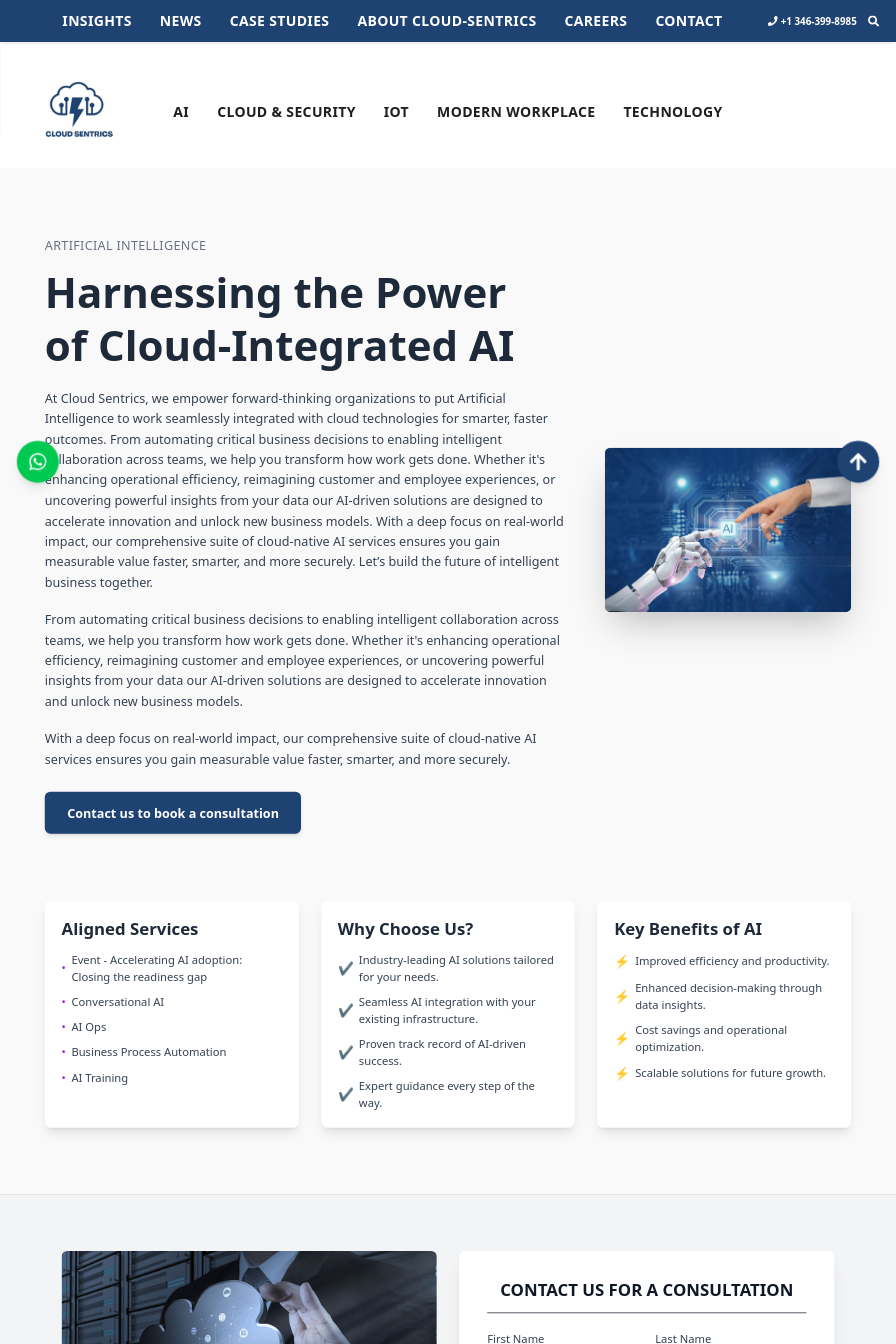
Repository: chykesure/cloudsentrics_
Page: /ai
An editor plug-in stored every save of this project. The page is shown before and after the next save, followed by the edit.
The browser window is 1280 px wide. The pictures show the part of the page from y = 0 to 1920 px (the page is 4044 px tall before and 3792 px after), at 70% of full size.
The page's requests for data from a server got no answer. The project was rebuilt for these pictures with package versions that can differ from the ones it lists, and the page was loaded fresh each time. No one was signed in, and anything a server would have sent is missing. Also part of the build but not shown: vite.config.js, src/pages/Header.jsx, src/pages/Footer.jsx, src/pages/students/Reviews.jsx, src/pages/students/Testimony.jsx, src/pages/students/TestimonyLanding.jsx, src/pages/LandingPage.jsx, src/pages/students/Header.jsx and 41 more.

Above is the page before, as saved 2025-04-09 20:11:03.

### src/index.css
@import "tailwindcss";

@keyframes zoomInOut {
    0% {
        transform: scale(1);
    }
    100% {
        transform: scale(1.1);
    }
}

.zoom-animation {
    animation: zoomInOut 5s infinite alternate ease-in-out;

}

### src/App.jsx
import { BrowserRouter as Router, Routes, Route } from "react-router-dom";
import LandingPage from "./pages/LandingPage";
import StudentPage from "./pages/students/StudentPage";
import AboutUs from "./pages/students/AboutUs/AboutUs";
import "./App.css";
import AWS from "./pages/students/courses/AWS";
import DevSecOps from "./pages/students/courses/DevSecOps";
import AZURE from "./pages/students/courses/AZURE";
import Blogs from "./pages/students/blogs/Blogs";
import EventsPage from "./pages/students/events/EventsPage";
import FloatsButtons from "./pages/FloatsButtons";
import PartnerPage from "./pages/partners/home/PartnerPage";
import Ai from "./pages/partners/menu/ai";
import CloudSecurity from "./pages/partners/menu/cloudsecurity";
import IOT from "./pages/partners/menu/iot";
import Technology from "./pages/partners/menu/technology";
import Workplace from "./pages/partners/menu/workplace";
import InsightMenu from "./pages/partners/main_menu/insight";
import NewsPage from "./pages/partners/main_menu/news";
import CaseStudy from "./pages/partners/main_menu/casestudy";
import AboutCloud from "./pages/partners/main_menu/aboutus";
import Careers from "./pages/partners/main_menu/careers";
import ContactUs from "./pages/partners/main_menu/contact";

function App() {
  return (
    <Router>
      <div className="flex flex-col min-h-screen">
        {/* Floating Buttons will always be visible */}
        <FloatsButtons />

        <div className="flex-grow pt-20"> {/* Adjust padding-top based on header height */}
          <Routes>

            {/* Student Section */}
            <Route path="/" element={<LandingPage />} />
            <Route path="/StudentPage" element={<StudentPage />} />
            <Route path="/about" element={<AboutUs />} />
            <Route path="/courses/AWS" element={<AWS />} />
            <Route path="/courses/Azure" element={<AZURE />} />
            <Route path="/courses/DevSecOps" element={<DevSecOps />} />
            <Route path="/blog" element={<Blogs />} />
            <Route path="/events" element={<EventsPage />} />

            {/* The Partner Section */}
            <Route path="/PartnerPage" element={<PartnerPage />} />
            <Route path="/ai" element={<Ai />} />
            <Route path="/cloud-security" element={<CloudSecurity />} />
            <Route path="/iot" element={<IOT />} />
            <Route path="/technology" element={<Technology />} />
            <Route path="/modern-workplace" element={<Workplace />} />
            <Route path="/insights" element={<InsightMenu />} />
            <Route path="/news" element={<NewsPage />} />
            <Route path="/case-studies" element={<CaseStudy />} />
            <Route path="/about-cloudsentrics" element={<AboutCloud />} />
            <Route path="/careers" element={<Careers />} />
            <Route path="/contact" element={<ContactUs />} />
          </Routes>
        </div>
      </div>
    </Router>
  );
}

export default App;

### src/pages/FloatsButtons.jsx
import { FaWhatsapp, FaArrowUp } from "react-icons/fa";
import { motion } from "framer-motion";

const FloatsButtons = () => {
    const scrollToTop = () => {
        window.scrollTo({ top: 0, behavior: "smooth" });
    };

    return (
        <>
            {/* Floating WhatsApp Button (Left) */}
            <motion.a
                href="https://wa.me/message/62QVNSESZ56FC1"
                target="_blank"
                rel="noopener noreferrer"
                className="fixed bottom-6 left-6 bg-green-500 text-white p-4 rounded-full shadow-lg flex items-center justify-center z-50"
                title="Chat with us on WhatsApp"
                animate={{ y: [0, -10, 0] }}
                transition={{ duration: 1.5, repeat: Infinity, repeatType: "reverse", ease: "easeInOut" }}
                whileHover={{ scale: 1.2 }}
            >
                <FaWhatsapp size={28} />
            </motion.a>

            {/* Floating Back to Top Button (Right) */}
            <motion.button
                onClick={scrollToTop}
                className="fixed bottom-6 right-6 bg-[#1e4272] text-white p-4 rounded-full shadow-lg flex items-center justify-center z-50"
                title="Back to Top"
                animate={{ y: [0, -10, 0] }}
                transition={{ duration: 1.5, repeat: Infinity, repeatType: "reverse", ease: "easeInOut" }}
                whileHover={{ scale: 1.2 }}
            >
                <FaArrowUp size={28} />
            </motion.button>
        </>
    );
};

export default FloatsButtons;

### src/pages/partners/menu/ai.jsx
import React from "react";
import Header from "../Header";
import { motion } from "framer-motion";
import { Link } from "react-router-dom";
import FormsPage from "./forms";
import RelatedServices from "./services";
import Footer from "../home/Footer";

const logo = "/assets/logo.jpg";
const aibg = "/assets/ai.jpg";

const Ai = () => {
    return (
        <div className="min-h-screen bg-[#0d1b2a] text-white">
            {/* Header Section */}
            <div className="flex justify-center px-6 md:px-12 py-6 bg-white shadow-lg w-full h-28 md:h-32 lg:h-40">
                <div className="flex items-center justify-between w-full max-w-[1200px] mx-auto h-full">

                    {/* Left: Logo and Branding - Fully Left-Aligned */}
                    <div className="absolute left-0 flex items-center w-auto h-full">
                        <Link to="/PartnerPage">
                            <img
                                src={logo}
                                alt="Cloudsentrics Logo"
                                className="h-20 md:h-28 lg:h-34 w-auto ml-9 transition-all duration-300"
                            />
                        </Link>
                    </div>

                    {/* Right: Navigation Menu - Centered */}
                    <motion.div
                        className="hidden md:flex flex-grow justify-center items-center space-x-6 lg:space-x-10 text-lg md:text-xl font-bold text-[#1e1e1e] tracking-wide h-full"
                        initial={{ opacity: 0, y: -10 }}
                        animate={{ opacity: 1, y: 0 }}
                        transition={{ duration: 0.6, ease: "easeOut" }}
                    >
                        {[
                            { label: "AI", path: "/ai" },
                            { label: "CLOUD & SECURITY", path: "/cloud-security" },
                            { label: "IOT", path: "/iot" },
                            { label: "MODERN WORKPLACE", path: "/modern-workplace" },
                            { label: "TECHNOLOGY", path: "/technology" }
                        ].map((item, index) => (
                            <Link key={index} to={item.path}>
                                <motion.span
                                    className="cursor-pointer transition-all duration-300 hover:text-blue-600 hover:scale-105 whitespace-nowrap"
                                    whileHover={{ scale: 1.1 }}
                                >
                                    {item.label}
                                </motion.span>
                            </Link>
                        ))}
                    </motion.div>

                </div>
            </div>



            <Header />

            {/* AI Section */}
            <section className="bg-[#f9f9f9] px-6 md:px-16 py-16 lg:py-24 grid grid-cols-1 lg:grid-cols-3 gap-12">
                {/* Left Text Content */}
                <div className="lg:col-span-2 animate__animated animate__fadeIn flex-shrink-0 space-y-6">
                    {/* Heading Section */}
                    <div className="text-center lg:text-left">
                        <h3 className="text-lg font-medium text-gray-500 uppercase tracking-wide">Artificial Intelligence</h3>
                        <h1 className="text-4xl md:text-5xl lg:text-6xl font-bold leading-tight mt-4 text-gray-800">
                            Harnessing the Power <br />  of Cloud-Integrated AI
                        </h1>
                    </div>

                    {/* Paragraph Content */}
                    <p className="text-lg text-gray-700 mt-6 leading-relaxed">
                        At Cloud Sentrics, we empower forward-thinking organizations to put Artificial Intelligence to work seamlessly integrated with cloud technologies for smarter, faster outcomes.

                        From automating critical business decisions to enabling intelligent collaboration across teams, we help you transform how work gets done. Whether it's enhancing operational efficiency, reimagining customer and employee experiences, or uncovering powerful insights from your data our AI-driven solutions are designed to accelerate innovation and unlock new business models.

                        With a deep focus on real-world impact, our comprehensive suite of cloud-native AI services ensures you gain measurable value faster, smarter, and more securely.

                        Let’s build the future of intelligent business together.
                    </p>
                    <p className="text-lg text-gray-700 mt-6 leading-relaxed">
                        From automating critical business decisions to enabling intelligent collaboration across teams, we help you transform how work gets done. Whether it's enhancing operational efficiency, reimagining customer and employee experiences, or uncovering powerful insights from your data our AI-driven solutions are designed to accelerate innovation and unlock new business models.
                    </p>
                    <p className="text-lg text-gray-700 mt-6 leading-relaxed">
                        With a deep focus on real-world impact, our comprehensive suite of cloud-native AI services ensures you gain measurable value faster, smarter, and more securely.
                    </p>

                    {/* Call to Action Button */}
                    <div className="flex justify-center lg:justify-start mt-8">
                        <a
                            href="#"
                            className="bg-[#1e4272] text-white text-center py-4 px-8 rounded-lg font-semibold text-lg shadow-md hover:bg-purple-800 hover:scale-105 transition duration-300 ease-in-out transform hover:translate-y-1 w-full md:w-auto"
                        >
                            Contact us to book a consultation
                        </a>
                    </div>
                </div>


                {/* Right AI Image */}
                <div className="lg:col-span-1 flex justify-center items-center flex-shrink-0">
                    <motion.img
                        src={aibg}
                        alt="AI Representation"
                        className="w-full max-w-lg rounded-lg shadow-2xl"
                        animate={{ y: [0, -10, 0] }}
                        transition={{ duration: 1.5, repeat: Infinity, ease: "easeInOut" }}
                    />
                </div>

                {/* Bottom Section */}
                <div className="lg:col-span-3 flex flex-col gap-6 w-full">

                    {/* Grid Content */}
                    <div className="grid grid-cols-1 md:grid-cols-2 lg:grid-cols-3 gap-8 mt-12 w-full">
                        {/* Aligned Services */}
                        <div className="bg-white p-6 rounded-lg shadow-lg border-gray-200 hover:scale-105 hover:shadow-xl flex-shrink-0 w-full">
                            <h4 className="text-2xl font-semibold text-gray-800">Aligned Services</h4>
                            <ul className="mt-4 space-y-3 text-gray-700">
                                {[
                                    "Event - Accelerating AI adoption: Closing the readiness gap",
                                    "Conversational AI",
                                    "AI Ops",
                                    "Business Process Automation",
                                    "AI Training"
                                ].map((service, index) => (
                                    <li key={index} className="flex items-center space-x-2">
                                        <span className="text-purple-600">•</span>
                                        <span>{service}</span>
                                    </li>
                                ))}
                            </ul>
                        </div>

                        {/* Why Choose Us? */}
                        <div className="bg-white p-6 rounded-lg shadow-lg border-gray-200 hover:scale-105 hover:shadow-xl flex-shrink-0 w-full">
                            <h4 className="text-2xl font-semibold text-gray-800">Why Choose Us?</h4>
                            <ul className="mt-4 space-y-3 text-gray-700">
                                {[
                                    "Industry-leading AI solutions tailored for your needs.",
                                    "Seamless AI integration with your existing infrastructure.",
                                    "Proven track record of AI-driven success.",
                                    "Expert guidance every step of the way."
                                ].map((reason, index) => (
                                    <li key={index} className="flex items-center space-x-2">
                                        <span className="text-green-600 text-lg">✔</span>
                                        <span>{reason}</span>
                                    </li>
                                ))}
                            </ul>
                        </div>

                        {/* Key Benefits of AI */}
                        <div className="bg-white p-6 rounded-lg shadow-lg border-gray-200 hover:scale-105 hover:shadow-xl flex-shrink-0 w-full">
                            <h4 className="text-2xl font-semibold text-gray-800">Key Benefits of AI</h4>
                            <ul className="mt-4 space-y-3 text-gray-700">
                                {[
                                    "Improved efficiency and productivity.",
                                    "Enhanced decision-making through data insights.",
                                    "Cost savings and operational optimization.",
                                    "Scalable solutions for future growth."
                                ].map((benefit, index) => (
                                    <li key={index} className="flex items-center space-x-2">
                                        <span className="text-blue-600 text-lg">⚡</span>
                                        <span>{benefit}</span>
                                    </li>
                                ))}
                            </ul>
                        </div>
                    </div>
                </div>
            </section>

            <section className="px-4 sm:px-6 md:px-6 lg:px-8 py-8 bg-gray-100">
                <FormsPage />
            </section>

            <section className="px-4 sm:px-6 md:px-6 lg:px-8 py-8 bg-gray-100">
                <RelatedServices />
            </section>

            {/* Footer Section */}
            <section className="px-0 sm:px-0 md:px-0 lg:px-0 py-8 bg-gray-100 w-full">
                <Footer />
            </section>

        </div>
    );
};

export default Ai;

### src/pages/partners/home/Footer.jsx
import React from 'react';
import { FaLinkedin, FaXTwitter, FaInstagram } from 'react-icons/fa6';
import { Link } from 'react-router-dom';

function Footer() {
    return (
        <footer className="bg-white text-black py-6 border-t border-gray-300 text-sm w-full">
            <div className="w-full px-6 lg:px-12">
                {/* Main Footer Section */}
                <div className="flex flex-col md:flex-row justify-between items-center text-center md:text-left">
                    <h3 className="font-bold text-lg text-blue-900">Powering Cloud-Integrated Digital Transformation</h3>

                    {/* Social Icons */}
                    <div className="flex space-x-4 mt-4 md:mt-0">
                        <a href="https://www.linkedin.com/posts/cloud-sentrics_cloud-sentrics-linkedin-activity-7291379079860117505-ve54?utm_source=share&utm_medium=member_android" target="_blank" rel="noopener noreferrer" className="text-gray-600 hover:text-black">
                            <FaLinkedin size={20} />
                        </a>
                        <a href="https://x.com/CloudSentrics" target="_blank" rel="noopener noreferrer" className="text-gray-600 hover:text-black">
                            <FaXTwitter size={20} />
                        </a>
                        <a href="https://www.instagram.com/cloudsentrics/" target="_blank" rel="noopener noreferrer" className="text-gray-600 hover:text-black">
                            <FaInstagram size={20} />
                        </a>
                    </div>
                </div>

                {/* Footer Links */}
                <div className="mt-4 text-center md:text-left">
                    <p>© {new Date().getFullYear()} All rights reserved |
                        <Link to="#" className="ml-2 hover:text-blue-600">Privacy Notice</Link> |
                        <Link to="#" className="ml-2 hover:text-blue-600">Terms & Conditions</Link> |
                        <Link to="#" className="ml-2 hover:text-blue-600">Website T&Cs</Link> |
                        <Link to="#" className="ml-2 hover:text-blue-600">Cookies Policy</Link> |
                        <Link to="#" className="ml-2 hover:text-blue-600">Anti-Slavery Policy</Link> |
                        <Link to="#" className="ml-2 hover:text-blue-600">Sitemap</Link> |
                        <Link to="#" className="ml-2 hover:text-blue-600">Learn more</Link>
                    </p>
                </div>
            </div>
        </footer>
    );
}

export default Footer;

### src/pages/partners/menu/services.jsx
import React from "react";
import { motion } from "framer-motion";

const ai_trainning = "/assets/ai_trainning.jpg";
const ai_conversation = "/assets/ai_conversation.jpg";
const ai_ops = "/assets/ai_ops.jpg";
const bpa = "/assets/bpa.jpg";

const RelatedServices = () => {
    const services = [
        {
            title: "Conversational AI",
            description:
                "Boost engagement and productivity with a next generation customer experience",
            image: ai_conversation,
        },
        {
            title: "AI Ops",
            description:
                "Ensure resilience and prevent and resolve incidents with AIOps",
            image: ai_ops,
        },
        {
            title: "Business Process Automation",
            description:
                "Accelerate how work gets done and amplify digital efficiencies",
            image: bpa,
        },
        {
            title: "AI Training",
            description:
                "Discover the true business value of artificial intelligence",
            image: ai_trainning,
        },
    ];

    return (
        <section className="py-12 bg-gray-100">
            <div className="container mx-auto px-6 text-center">
                <h2 className="text-3xl font-bold text-gray-900 mb-6">
                    Related Services
                </h2>
                <div className="w-16 h-1 bg-blue-600 mx-auto mb-8"></div>
                <div className="grid grid-cols-1 md:grid-cols-2 lg:grid-cols-4 gap-8">
                    {services.map((service, index) => (
                        <motion.div
                            key={index}
                            className="relative bg-white rounded-lg shadow-lg overflow-hidden min-h-[400px]"
                            whileHover={{ scale: 1.05, y: -5 }}
                            transition={{ type: "spring", stiffness: 200, damping: 10 }}
                        >
                            <img
                                src={service.image}
                                alt={service.title}
                                className="w-full h-64 md:h-80 object-cover"
                            />
                            <div className="p-6">
                                <h3 className="text-xl font-semibold text-gray-800 mb-2">
                                    {service.title}
                                </h3>
                                <p className="text-gray-600">{service.description}</p>
                            </div>
                        </motion.div>
                    ))}
                </div>
            </div>
        </section>
    );
};

export default RelatedServices;

Loaded but not shown: index.html (common file); src/main.jsx (common file); src/pages/students/AboutUs/AboutUs.jsx (399 lines, source omitted); src/pages/partners/menu/forms.jsx (209 lines, source omitted); src/pages/partners/Header.jsx (114 lines, source omitted)

After the next save:
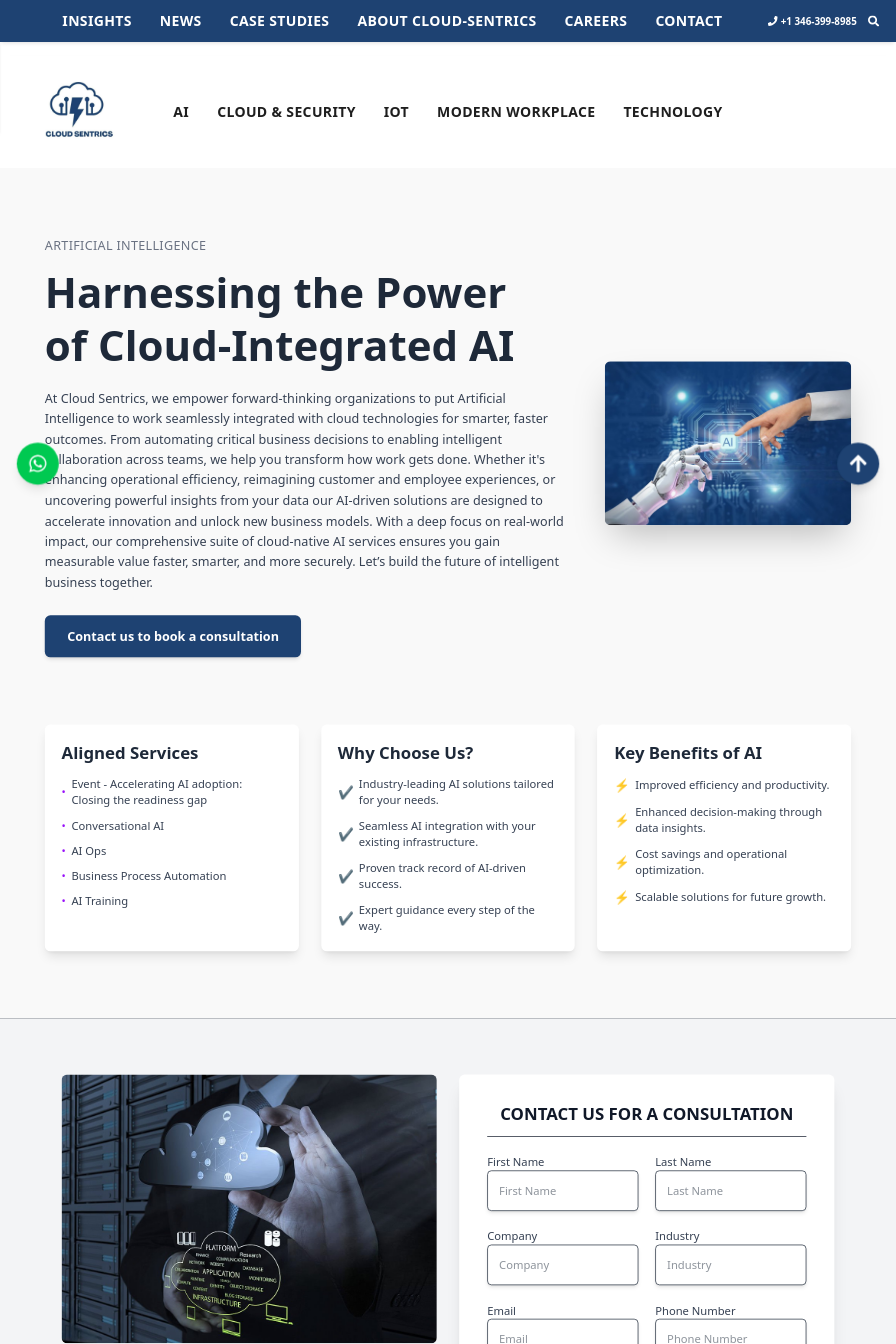
Saved 6 s later.
--- a/src/pages/partners/menu/ai.jsx
+++ b/src/pages/partners/menu/ai.jsx
@@ -80,12 +80,6 @@
                         With a deep focus on real-world impact, our comprehensive suite of cloud-native AI services ensures you gain measurable value faster, smarter, and more securely.
 
                         Let’s build the future of intelligent business together.
-                    </p>
-                    <p className="text-lg text-gray-700 mt-6 leading-relaxed">
-                        From automating critical business decisions to enabling intelligent collaboration across teams, we help you transform how work gets done. Whether it's enhancing operational efficiency, reimagining customer and employee experiences, or uncovering powerful insights from your data our AI-driven solutions are designed to accelerate innovation and unlock new business models.
-                    </p>
-                    <p className="text-lg text-gray-700 mt-6 leading-relaxed">
-                        With a deep focus on real-world impact, our comprehensive suite of cloud-native AI services ensures you gain measurable value faster, smarter, and more securely.
                     </p>
 
                     {/* Call to Action Button */}
